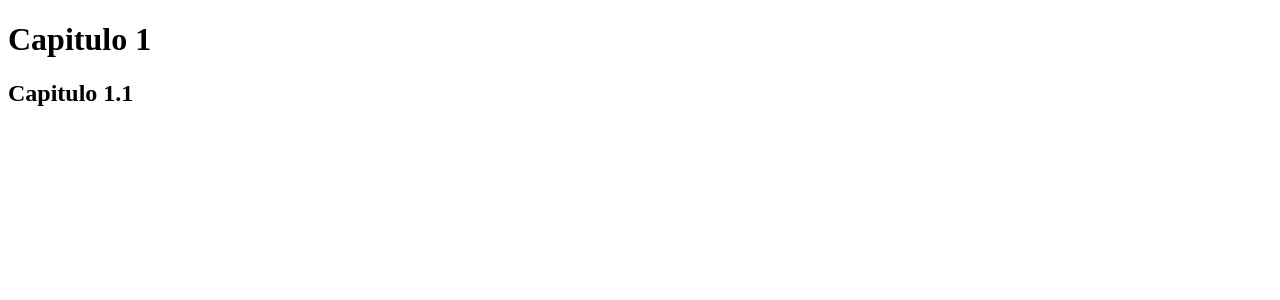
Repository: GabrielTrevisanMargrander/Html-Css
Page: Exercicios/ex013/index.html
The author's editor kept a copy of each file at every save. The page is drawn from the files as they stood at one save, then again after the next save.
The browser window is 1280 px wide. The pictures show the whole page.

Above is the page before, as saved 2023-06-03 17:58:17.

### Exercicios/ex013/index.html
<!DOCTYPE html>
<html lang="pt-br">
<head>
    <meta charset="UTF-8">
    <meta http-equiv="X-UA-Compatible" content="IE=edge">
    <meta name="viewport" content="width=device-width, initial-scale=1.0">
    <title>CSS</title>
</head>
<body>
    <h1>Capitulo 1</h1>
    <H2>Capitulo 1.1</H2>

</body>
</html>

After the next save:
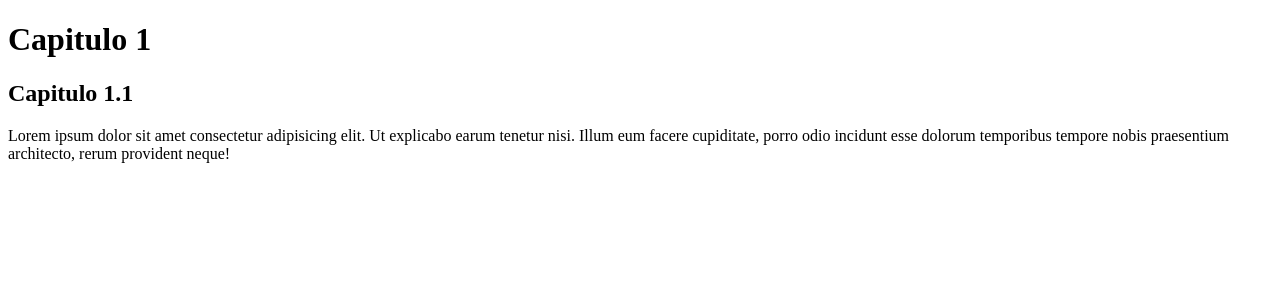
Saved 4 s later.
--- a/Exercicios/ex013/index.html
+++ b/Exercicios/ex013/index.html
@@ -9,6 +9,6 @@
 <body>
     <h1>Capitulo 1</h1>
     <H2>Capitulo 1.1</H2>
-
+    <p>Lorem ipsum dolor sit amet consectetur adipisicing elit. Ut explicabo earum tenetur nisi. Illum eum facere cupiditate, porro odio incidunt esse dolorum temporibus tempore nobis praesentium architecto, rerum provident neque!</p>
 </body>
 </html>
